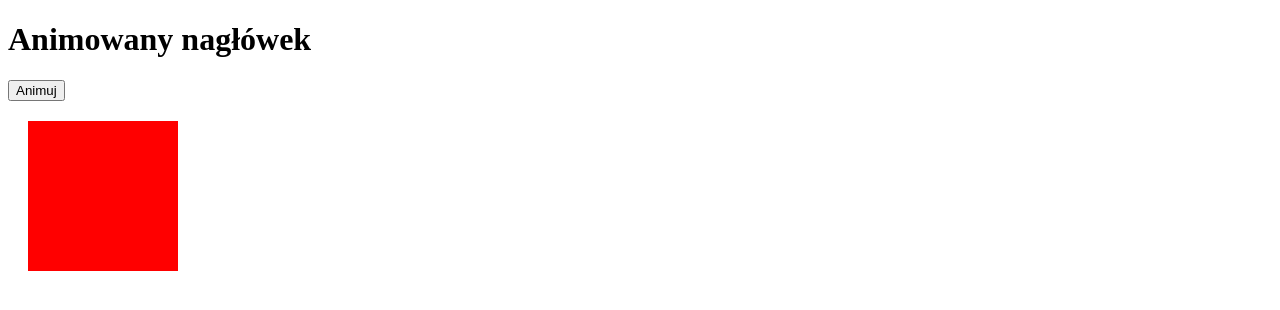
Repository: magdaf41/jQuery
Page: zadanie 3/index.html
The author's editor kept a copy of each file at every save. The page is drawn from the files as they stood at one save, then again after the next save.
The browser window is 1280 px wide. The pictures show the whole page.
After loading, the first visible `#animate` was clicked once.

Above is the page before, as saved 2020-09-09 21:15:08.

After the next save:
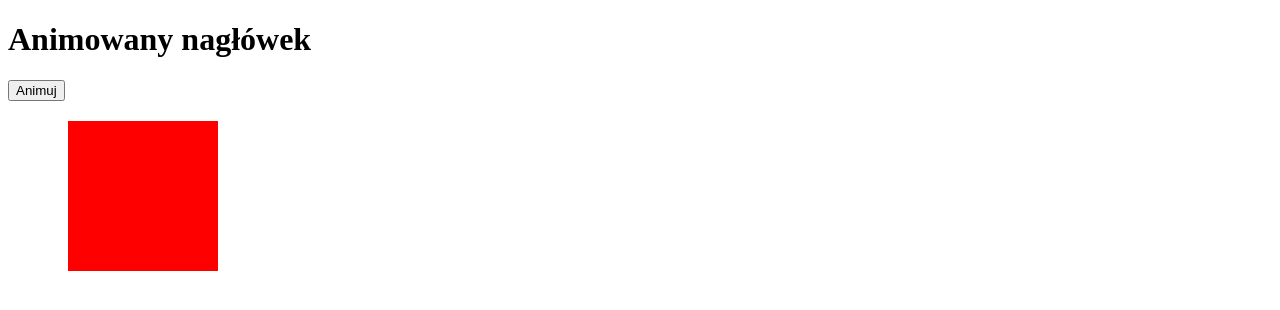
Saved 27 s later.
--- a/zadanie 3/js/main.js
+++ b/zadanie 3/js/main.js
@@ -7,7 +7,7 @@ $(document).ready(function () {
     });
 
     $('#animate').click(function() {
-        $('#square').animate({left: '100px', width: '100px', height:'100px' }, 3000
+        $('#square').animate({marginLeft: '100px', width: '100px', height:'100px' }, 3000
     )});
 });
 
